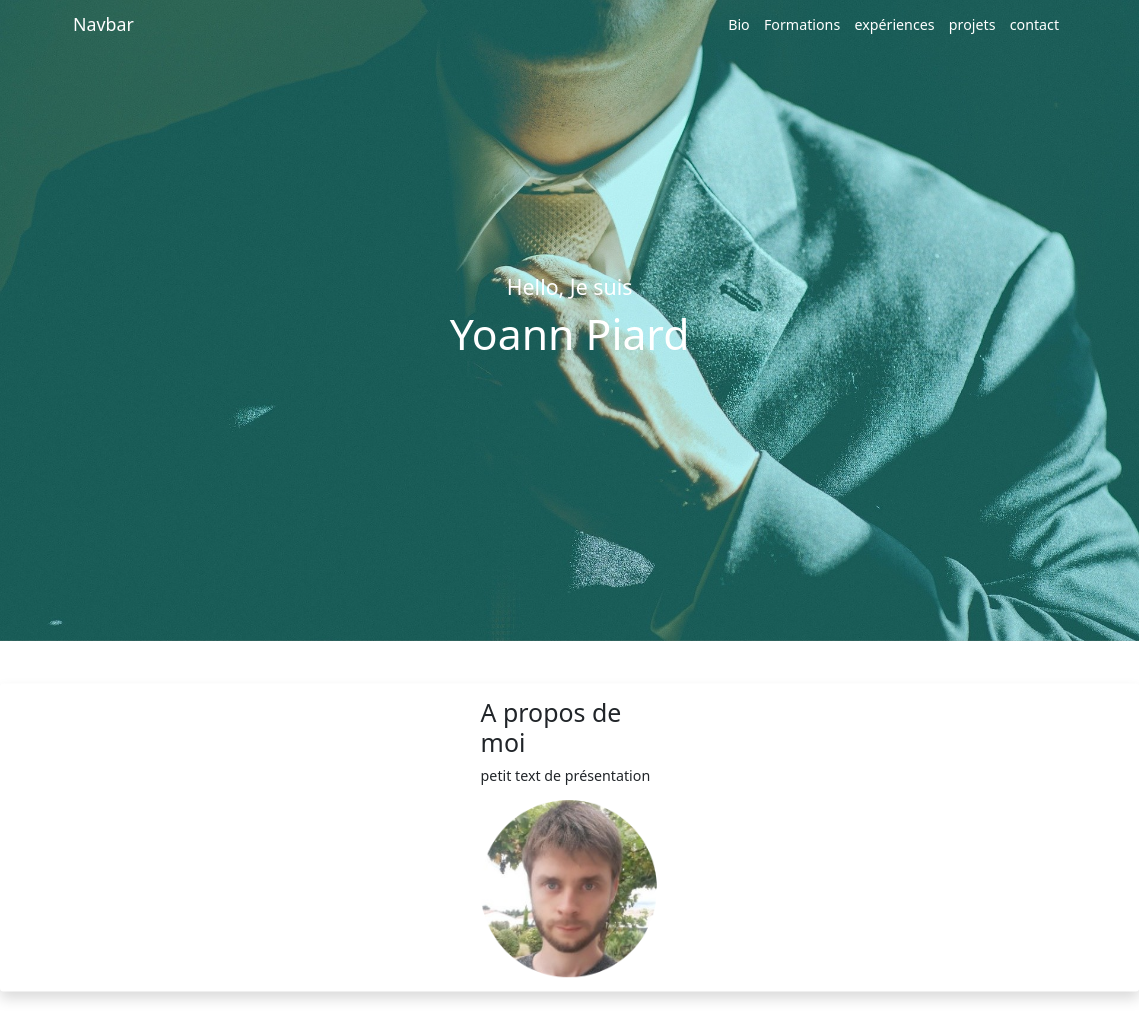
Repository: ypiard85/port-folio-bootstrap-yoann-2021
Page: index.html
The author's editor kept a copy of each file at every save. The page is drawn from the files as they stood at one save, then again after the next save.
The browser window is 1280 px wide. The pictures show the whole page, at 89% of full size.

Above is the page before, as saved 2021-03-09 14:05:27.

After the next save:
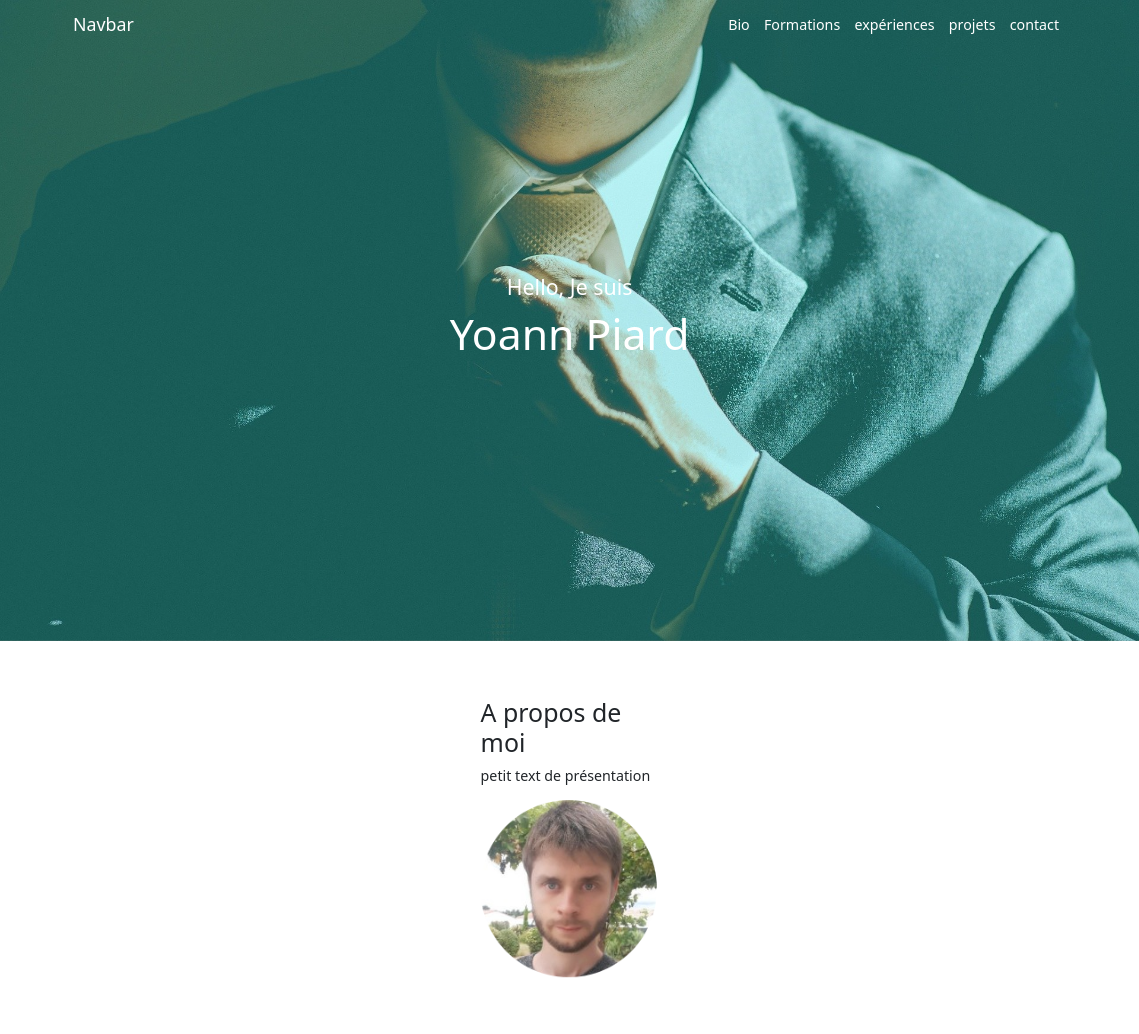
Saved 13 s later.
--- a/index.html
+++ b/index.html
@@ -45,7 +45,7 @@
               <h1>Yoann Piard</h1>
           </header>
 
-          <section class="about_me shadow rounded p-3 mt-5 mb-5">
+          <section class="about_me container p-3 mt-5 mb-5">
                 <div class="about_card">
                     <div>
                         <h3>A propos de moi</h3>
